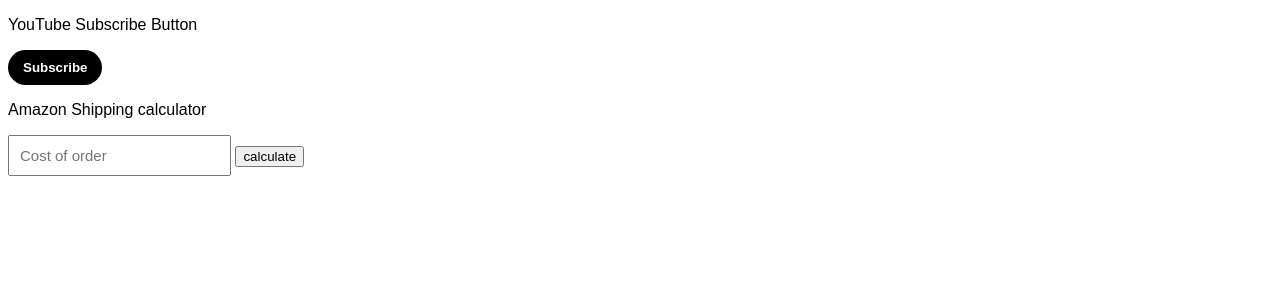
Repository: Samkiroko/Javascript-course
Page: 10-dom-project copy.html
These files come from the project's save history. The page is drawn as it stood at one moment and after the next save; the edit follows.
The browser window is 1280 px wide. The pictures show the whole page.

Above is the page before, as saved 2023-08-28 11:05:28.

After the next save:
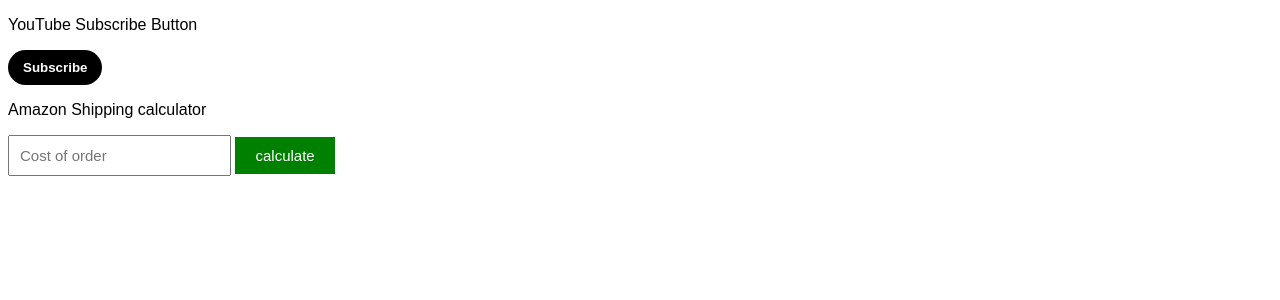
Saved 116 s later.
--- a/10-dom-project copy.html
+++ b/10-dom-project copy.html
@@ -27,6 +27,13 @@
       .cost-input {
         font-size: 15px;
         padding: 10px;
+      }
+      .calculate-button {
+        background-color: green;
+        border: none;
+        color: white;
+        font-size: 15px;
+        padding: 10px 20px;
       }
     </style>
   </head>
